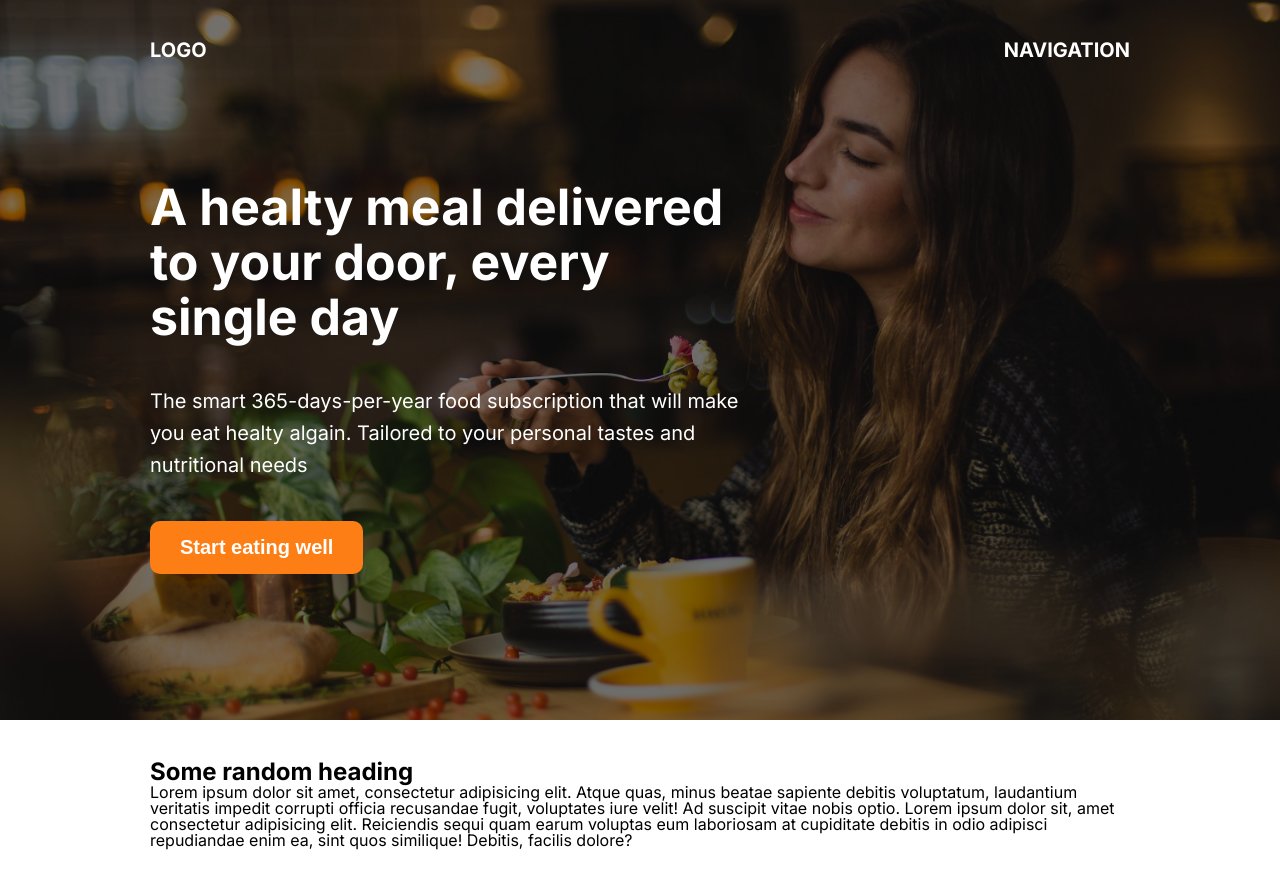
Repository: Ahmed123rezk123/06-Components
Page: hero.html
The author's editor kept a copy of each file at every save. The page is drawn from the files as they stood at one save, then again after the next save.
The browser window is 1280 px wide. The pictures show the whole page.

Above is the page before, as saved 2024-09-18 09:28:11.

### hero.html
<!DOCTYPE html>
<html lang="en">
  <head>
    <meta charset="UTF-8" />
    <meta name="viewport" content="width=device-width, initial-scale=1.0" />
    <link rel="preconnect" href="https://fonts.gstatic.com" />
    <link
      href="https://fonts.googleapis.com/css2?family=Inter:wght@400;500;700&display=swap"
      rel="stylesheet"
    />
    <style>
      * {
        margin: 0;
        padding: 0;
        box-sizing: border-box;
      }

      body {
        font-family: "Inter", sans-serif;
        /* color: #343a40;
        background-color: #f8f9fa; */
        line-height: 1;
      }
      header {
        position: relative;
        background-image: url(/hero.jpg);
        background-repeat: no-repeat;
        background-size: cover;
        height: 100vh;
      }
      header::after {
        content: "";
        position: absolute;
        width: 100%;
        height: 100%;
        background-color: rgba(0, 0, 0, 0.5);
        top: 0;
        left: 0;
      }
      .container {
        margin: 0 150px;
        padding: 40px 0;
      }
      nav {
        display: flex;
        justify-content: space-between;
        align-items: center;
      }
      nav div {
        color: #fff;
        font-size: 20px;
        font-weight: bold;
        text-transform: uppercase;
        z-index: 2;
      }
      .header-container {
        position: relative;
        margin-top: 40px;
        max-width: 600px;
        color: #fff;
        z-index: 3;
      }
      .header-container-inner h1 {
        font-size: 50px;
        line-height: 1.1;
        margin-bottom: 40px;
      }
      .header-container-inner p {
        line-height: 1.6;
        font-size: 20px;
        margin-bottom: 40px;
      }
      .btn {
        padding: 15px 30px;
        font-size: 20px;
        color: #fff;
        background-color: #fd7e14;
        cursor: pointer;
        border-radius: 10px;
        border: none;
        font-weight: bold;
        margin-bottom: 0;
      }
      section {
        padding-top: 50px;
      }
    </style>
    <title>Pagination</title>
  </head>
  <body>
    <header>
      <nav class="container">
        <div>logo</div>
        <div>NAVIGATION</div>
      </nav>
      <div class="header-container container">
        <div class="header-container-inner">
          <h1>A healty meal delivered to your door, every single day</h1>
          <p>
            The smart 365-days-per-year food subscription that will make you eat
            healty algain. Tailored to your personal tastes and nutritional
            needs
          </p>
          <button class="btn">Start eating well</button>
        </div>
      </div>
    </header>
    <section class="container">
      <h1>Some random heading</h1>
      <p>
        Lorem ipsum dolor sit amet, consectetur adipisicing elit. Atque quas,
        minus beatae sapiente debitis voluptatum, laudantium veritatis impedit
        corrupti officia recusandae fugit, voluptates iure velit! Ad suscipit
        vitae nobis optio. Lorem ipsum dolor sit, amet consectetur adipisicing
        elit. Reiciendis sequi quam earum voluptas eum laboriosam at cupiditate
        debitis in odio adipisci repudiandae enim ea, sint quos similique!
        Debitis, facilis dolore?
      </p>
    </section>
  </body>
</html>

After the next save:
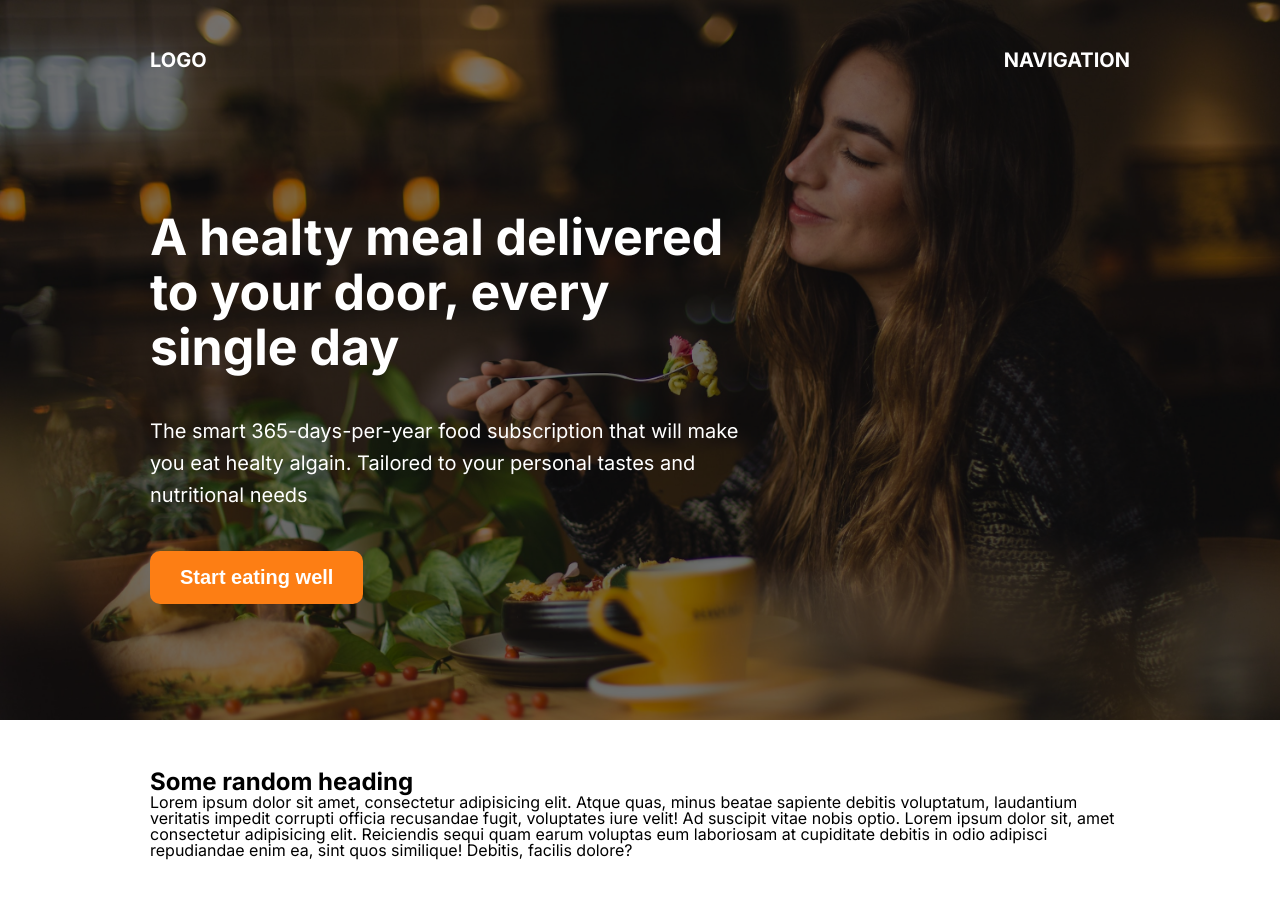
Saved 31 s later.
--- a/hero.html
+++ b/hero.html
@@ -39,7 +39,7 @@
       }
       .container {
         margin: 0 150px;
-        padding: 40px 0;
+        padding: 50px 0;
       }
       nav {
         display: flex;
@@ -81,9 +81,6 @@
         font-weight: bold;
         margin-bottom: 0;
       }
-      section {
-        padding-top: 50px;
-      }
     </style>
     <title>Pagination</title>
   </head>
